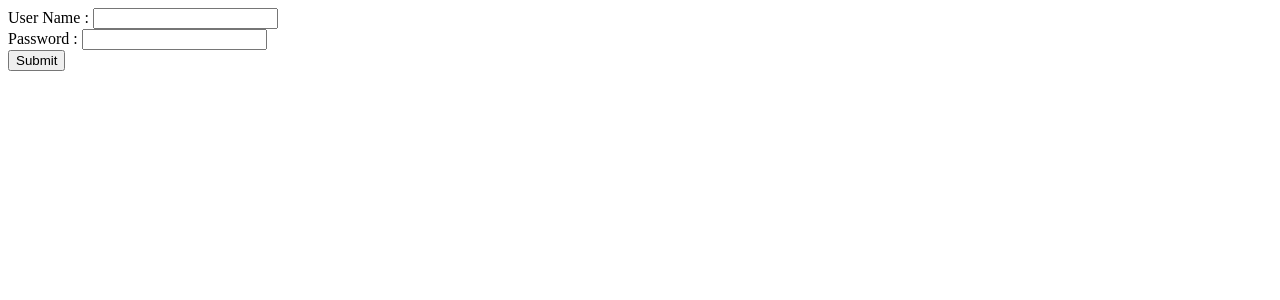
Repository: ahpraveen/springbootdemo
Page: demo/src/main/resources/static/login.html
An editor plug-in stored every save of this project. The page is shown before and after the next save, followed by the edit.
The browser window is 1280 px wide. The pictures show the whole page.
Some web libraries are served in a nearby version.

Above is the page before, as saved 2018-01-22 00:43:42.

### demo/src/main/resources/static/login.html
<!DOCTYPE html>
<html>
<head>
<title>Login to Rewards+</title>
</head>
<body>
<form>
User Name	: <input type="text" name="username"><br>
Password	: <input type="text" name="password"><br>
<input type="Submit" value="Submit">
</form>
</body>
</html>

After the next save:
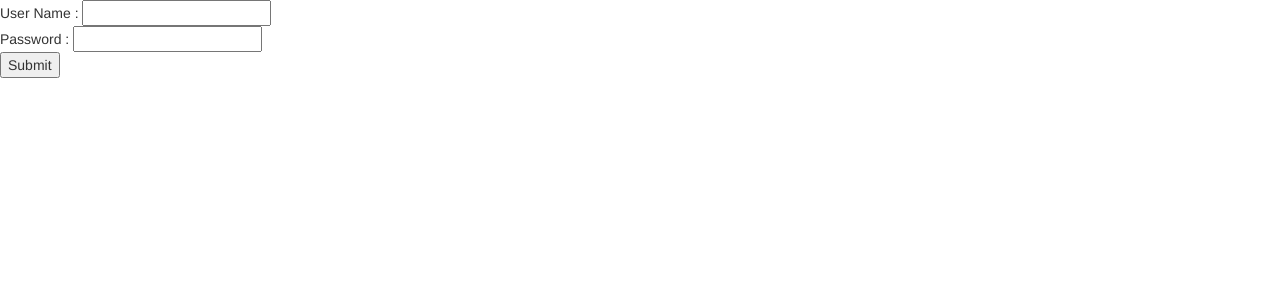
Saved 4 min 7 s later.
--- a/demo/src/main/resources/static/login.html
+++ b/demo/src/main/resources/static/login.html
@@ -2,6 +2,9 @@
 <html>
 <head>
 <title>Login to Rewards+</title>
+<link rel="stylesheet" href="https://maxcdn.bootstrapcdn.com/bootstrap/3.3.7/css/bootstrap.min.css">
+<script src="https://ajax.googleapis.com/ajax/libs/jquery/3.2.1/jquery.min.js"></script>
+<script src="https://maxcdn.bootstrapcdn.com/bootstrap/3.3.7/js/bootstrap.min.js"></script>
 </head>
 <body>
 <form>
